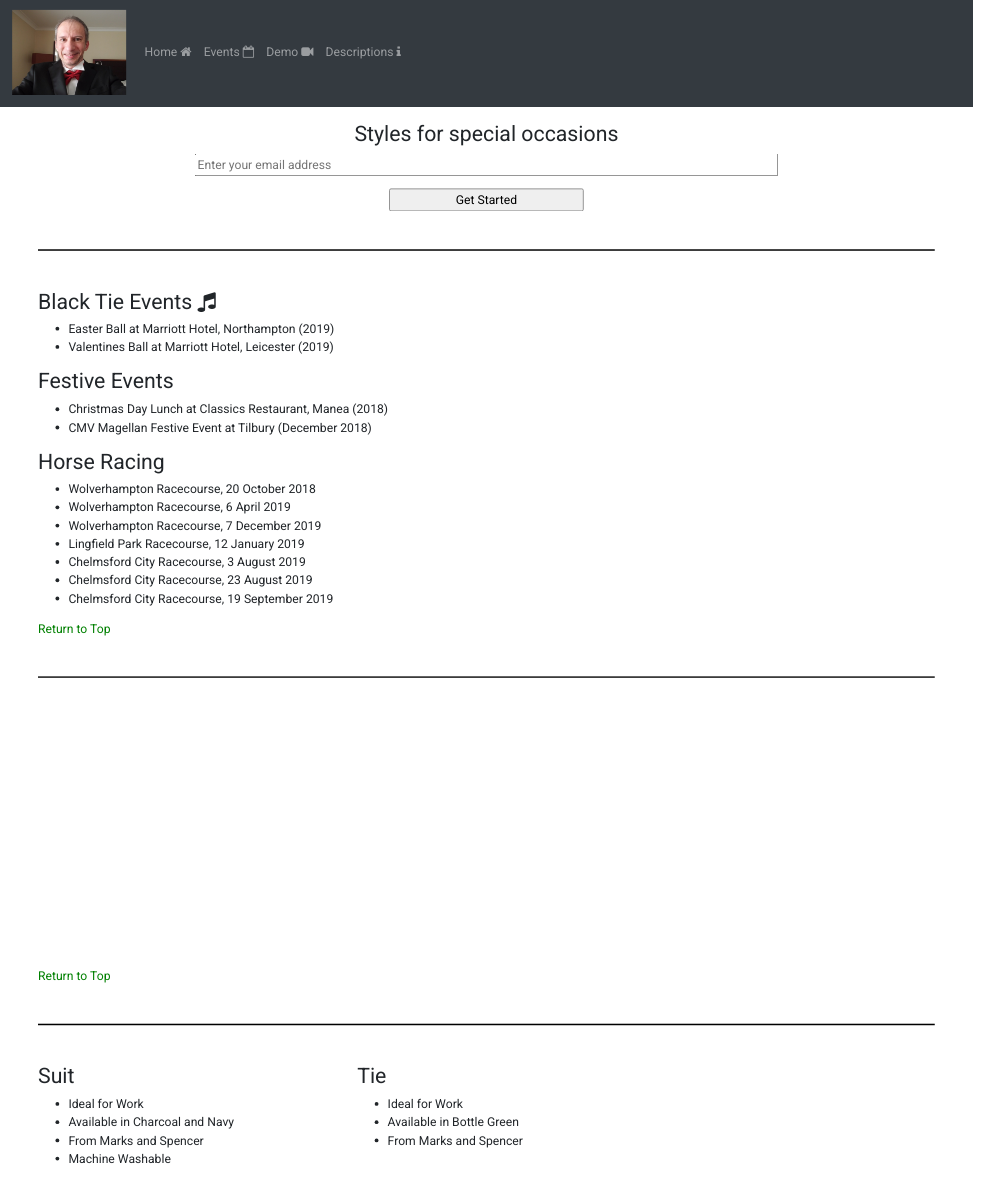
Repository: derektypist/product-landing-page
Page: index.html
The author's editor kept a record of every edit. The page is drawn from the files as they stood at one moment, then again after the next edit.
The browser window is 1280 px wide. The page is 1295 px wide, so the pictures cover 1295 px, including what lies to the right of the window. The pictures show the whole page, at 76% of full size.
Pictures or frames that could not be fetched are drawn as grey boxes.

Above is the page before.

### index.html
<!DOCTYPE html>
<html lang="en">

<head>
    <meta charset="UTF-8">
    <meta name="viewport" content="width=device-width, initial-scale=1.0">
    <meta http-equiv="X-UA-Compatible" content="ie=edge">
    <title>Product Landing Page</title>
    <!-- Load Style Sheets -->
    <link rel="stylesheet" href="https://maxcdn.bootstrapcdn.com/bootstrap/4.4.1/css/bootstrap.min.css" integrity="sha384-Vkoo8x4CGsO3+Hhxv8T/Q5PaXtkKtu6ug5TOeNV6gBiFeWPGFN9MuhOf23Q9Ifjh" crossorigin="anonymous">
    <link rel="stylesheet" href="https://maxcdn.bootstrapcdn.com/font-awesome/4.7.0/css/font-awesome.min.css" type="text/css" />
    <link href="https://fonts.googleapis.com/css?family=Roboto&display=swap" rel="stylesheet">
    <style>

        /* Main Body */

        #mainbody {
            font-family: "Roboto", Arial, Verdana, sans-serif;
            padding-top: 150px;
        }

        /* Header and Navigation */

        #header {
            padding-bottom: 10px;
        }

        #header-img {
            max-height: 112px;
        }

        #nav-bar {
            padding-bottom: 10px;
        }

        a {
            text-decoration: none;
            color: green;
        }

        a:hover {
            text-decoration: none;
            color: fuchsia;
        }

        /* Form */

        #form {
            text-align: center;
            width: 100%;
            display: block;
            margin: auto;
        }

        input {
            width: 60%;
        }

        input[type=submit] {
            width: 20%;
        }

        /* Horizontal Rule */

        hr {
            border: 1px solid black;
            margin: 50px;
        }



        /* Events */

        #events {
            margin-left: 50px;
        }

        /* Demo */

        #demo {
            margin-left: 50px;
        }

        #video {
            max-width: 100%;
            display: block;
            margin: auto;
        }

        /* Descriptions */

        #descriptions {
            margin-left: 50px;
        }

    </style>
</head>

<body id="mainbody">
    <!-- Set Up Header -->
    <header id="header">
        <!-- Set Up Navigation with Image -->
        <nav class="navbar navbar-expand navbar-dark bg-dark fixed-top" id="nav-bar">
            <a class="navbar-brand" href="index.html"><img src="derek.JPG" title="Derek Dhammaloka" alt="Derek Dhammaloka" id="header-img"></a>
            <button class="navbar-toggler" type="button" data-toggle="collapse" data-target="navbarSupportedContent" aria-controls="navbarSupportedContent" aria-expanded="false" aria-label="Toggle navigation">
    <span class="navbar-toggler-icon"></span>
  </button>
            <div class="collapse navbar-collapse" id="navbarSupportedContent">
                <ul class="navbar-nav mr-auto">
                    <li class="nav-item">
                        <a class="nav-link" href="#top">Home <i class="fa fa-home" aria-hidden="true"></i></a>
                    </li>
                    <li class="nav-item">
                        <a class="nav-link" href="#events">Events <i class="fa fa-calendar-o" aria-hidden="true"></i></a>
                    </li>
                    <li class="nav-item">
                        <a class="nav-link" href="#demo">Demo <i class="fa fa-video-camera" aria-hidden="true"></i></a>
                    </li>
                    <li class="nav-item">
                        <a class="nav-link" href="#descriptions">Descriptions <i class="fa fa-info" aria-hidden="true"></i></a>
                    </li>
                </ul>
        </nav>
    </header>

    <!-- Set Up Main Content -->
    <main>
        <!-- Set Up Form -->
        <form action="https://www.freecodecamp.com/email-submit" id="form" target="_blank">
            <h3>Styles for special occasions</h3>
            <!-- Set Up Email Field -->
            <input type="email" id="email" name="email" placeholder="Enter your email address">
            <p></p>
            <!-- Set Up Submit Button -->
            <input type="submit" id="submit" value="Get Started">
        </form>

        <!-- Provide Horizontal Rule -->
        <hr>
        <!-- Provide Section for Events -->
        <section id="events">
            <!-- Provide Article for Black Tie Events -->
            <article>
                <p></p>
                <h3>Black Tie Events <i class="fa fa-music" aria-hidden="true"></i></h3>
                <!-- Provide List Items -->
                <ul>
                    <li>Easter Ball at Marriott Hotel, Northampton (2019)</li>
                    <li>Valentines Ball at Marriott Hotel, Leicester (2019)</li>
                </ul>
            </article>

            <!-- Provide Article for Festive Events -->
            <article>
                <p></p>
                <h3>Festive Events</h3>
                <!-- Provide List Items -->
                <ul>
                    <li>Christmas Day Lunch at Classics Restaurant, Manea (2018)</li>
                    <li>CMV Magellan Festive Event at Tilbury (December 2018)</li>
                </ul>
            </article>

            <!-- Provide Article for Horse Racing Events -->
            <article>
                <p></p>
                <h3>Horse Racing</h3>
                <!-- Provide List Items -->
                <ul>
                    <li>Wolverhampton Racecourse, 20 October 2018</li>
                    <li>Wolverhampton Racecourse, 6 April 2019</li>
                    <li>Wolverhampton Racecourse, 7 December 2019</li>
                    <li>Lingfield Park Racecourse, 12 January 2019</li>
                    <li>Chelmsford City Racecourse, 3 August 2019</li>
                    <li>Chelmsford City Racecourse, 23 August 2019</li>
                    <li>Chelmsford City Racecourse, 19 September 2019</li>
                </ul>

                <!-- Provide link to return to top -->
                <a href="#top" title="Return to Top">Return to Top</a>


            </article>
        </section>

        <!-- Provide Horizontal Rule -->
        <hr>


        <!-- Provide Section for Demo -->
        <section id="demo">
            <!-- Set Up Video using iframe -->
            <iframe id="video" width="560" height="315" src="https://www.youtube.com/embed/RiHd1c3qDkE" frameborder="0" allow="accelerometer; autoplay; encrypted-media; gyroscope; picture-in-picture" allowfullscreen></iframe>

            <p></p>
            <!-- Provide link to return to top -->
            <a href="#top" title="Return to Top">Return to Top</a>
        </section>

        <!-- Provide Horizontal Rule -->
        <hr>

        <!-- Provide Section for Descriptions -->
        <section id="descriptions">
            <article class="row">
                <article class="col-sm-4">
                <h3>Suit</h3>
                <ul>
                    <li>Ideal for Work</li>
                    <li>Available in Charcoal and Navy</li>
                    <li>From Marks and Spencer</li>
                    <li>Machine Washable</li>
                </ul>
            </article>
            <article class="col-sm-4">
                <h3>Tie</h3>
                <ul>
                    <li>Ideal for Work</li>
                    <li>Available in Bottle Green</li>
                    <li>From Marks and Spencer</li>
                </ul>
            </article>
            <article class="col-sm-4"></article>
            </article>

        </section>
    </main>
</body>

</html>

After the next edit:
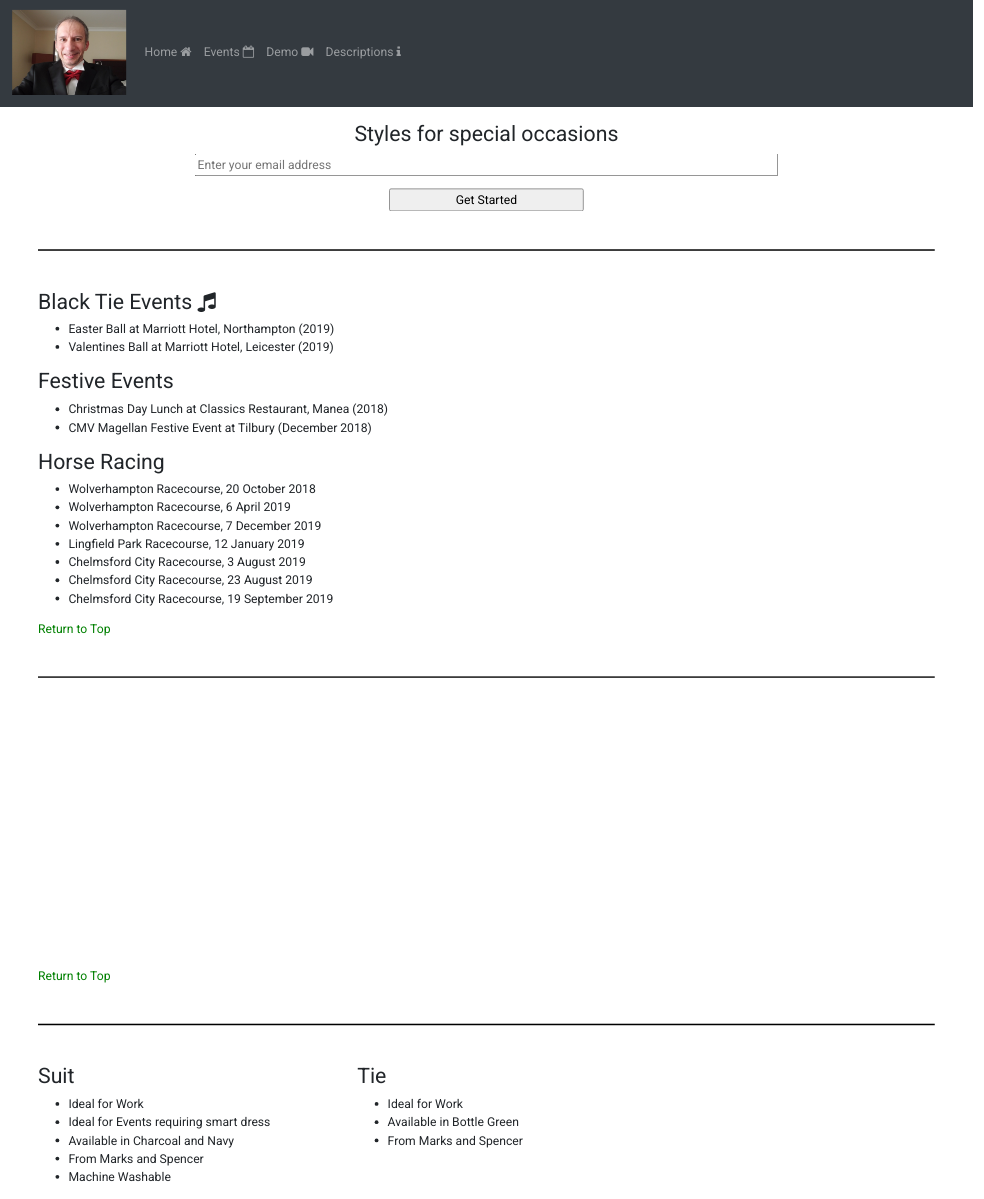
The edit:
--- a/index.html
+++ b/index.html
@@ -207,6 +207,7 @@
                 <h3>Suit</h3>
                 <ul>
                     <li>Ideal for Work</li>
+                    <li>Ideal for Events requiring smart dress</li>
                     <li>Available in Charcoal and Navy</li>
                     <li>From Marks and Spencer</li>
                     <li>Machine Washable</li>
